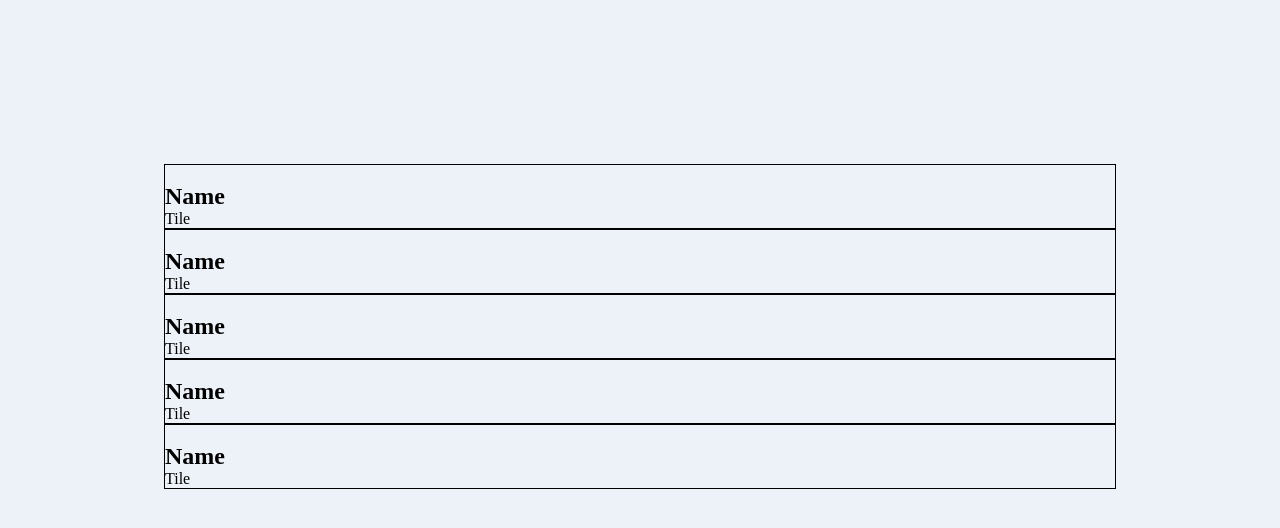
Repository: brandontaylor1/testimonial-card
Page: index.html
These files come from the project's save history. The page is drawn as it stood at one moment and after the next save; the edit follows.
The browser window is 1280 px wide. The pictures show the whole page.

Above is the page before, as saved 2025-01-10 22:30:00.

### index.html
<!DOCTYPE html>
<html lang="en">
<head>
    <meta charset="UTF-8">
    <meta name="viewport" content="width=device-width, initial-scale=1.0">
    <link rel="preconnect" href="https://fonts.googleapis.com">
    <link rel="preconnect" href="https://fonts.gstatic.com" crossorigin>
    <link href="https://fonts.googleapis.com/css2?family=Barlow+Semi+Condensed:ital,wght@0,100;0,200;0,300;0,400;0,500;0,600;0,700;0,800;0,900;1,100;1,200;1,300;1,400;1,500;1,600;1,700;1,800;1,900&display=swap" rel="stylesheet">
    <link rel="stylesheet" href="styles.css">
    <title>Testimonial Grid </title>
</head>
<body>
    <section class="container">
        <main class="testimonial-grid">
            <div class="card">
                <div class="profile-content">
                    <img src="" alt="" class="profile-img">
                    <div class="profile-text">
                        <h2>Name</h2>
                        <p>Tile</p>
                    </div>
                </div>
                <h1 class="card-heading"></h1>
                <h2 class="card-subheading"></h2>
            </div>
            <div class="card">
                <div class="profile-content">
                    <img src="" alt="" class="profile-img">
                    <div class="profile-text">
                        <h2>Name</h2>
                        <p>Tile</p>
                    </div>
                </div>
                <h1 class="card-heading"></h1>
                <h2 class="card-subheading"></h2>
            </div>
            <div class="card">
                <div class="profile-content">
                    <img src="" alt="" class="profile-img">
                    <div class="profile-text">
                        <h2>Name</h2>
                        <p>Tile</p>
                    </div>
                </div>
                <h1 class="card-heading"></h1>
                <h2 class="card-subheading"></h2>
            </div>
            <div class="card">
                <div class="profile-content">
                    <img src="" alt="" class="profile-img">
                    <div class="profile-text">
                        <h2>Name</h2>
                        <p>Tile</p>
                    </div>
                </div>
                <h1 class="card-heading"></h1>
                <h2 class="card-subheading"></h2>
            </div>
            <div class="card">
                <div class="profile-content">
                    <img src="" alt="" class="profile-img">
                    <div class="profile-text">
                        <h2>Name</h2>
                        <p>Tile</p>
                    </div>
                </div>
                <h1 class="card-heading"></h1>
                <h2 class="card-subheading"></h2>
            </div>
        </main>
    </section>
</body>
</html>

### styles.css
* {
    margin: 0;
    padding: 0;
    box-sizing: border-box;
}

:root {

    --primary-moderate-violet: hsl(263, 55%, 52%);
    --primary-very-dark-grayish-blue: hsl(217, 19%, 35%);
    --primary-very-dark-blackish-blue: hsl(219, 29%, 14%);
    --primary-white: hsl(0, 0%, 100%);

    --secondary-neurtal-light-gray: hsl(0, 0%, 81%);
    --seconday-light-grayish-blue: hsl(210, 46%, 95%);
}

body {
    background-color: #ECF2F8;
    padding: 164px
}

.card {
    border: 1px solid black;
}

After the next save:
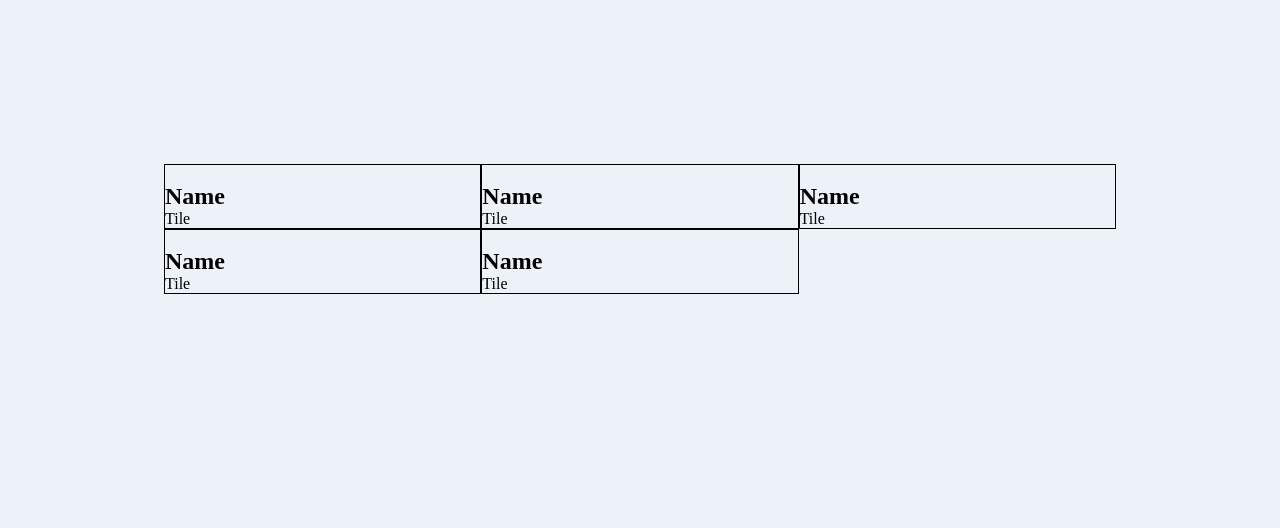
Saved 92 s later.
--- a/styles.css
+++ b/styles.css
@@ -20,6 +20,12 @@ body {
     padding: 164px
 }
 
+.testimonial-grid {
+    display: grid;
+    grid-template-columns: repeat(3, 1fr);
+    grid-template-rows: repeat(2, 1fr);
+}
+
 .card {
     border: 1px solid black;
 }
